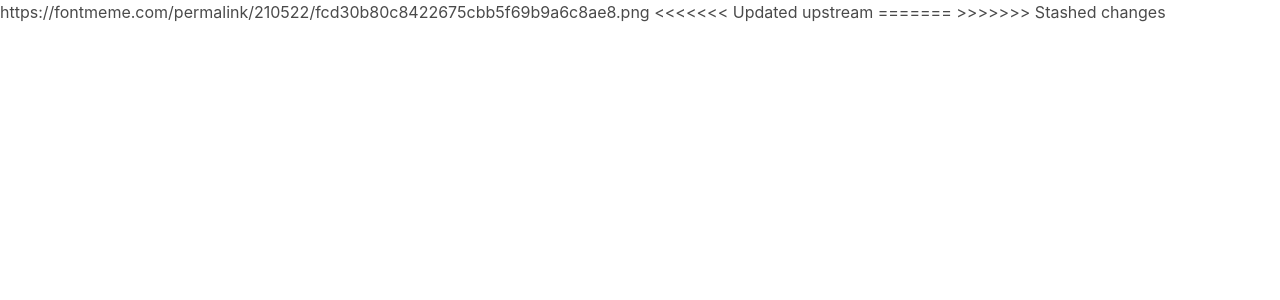
Repository: antellitocci/crypto-arbitrage
Page: index.html
These files come from the project's save history. The page is drawn as it stood at one moment and after a run of saves; the edit follows.
The browser window is 1280 px wide. The pictures show the whole page.

Above is the page before, as saved 2021-05-21 19:18:20.

After the next 3 saves:
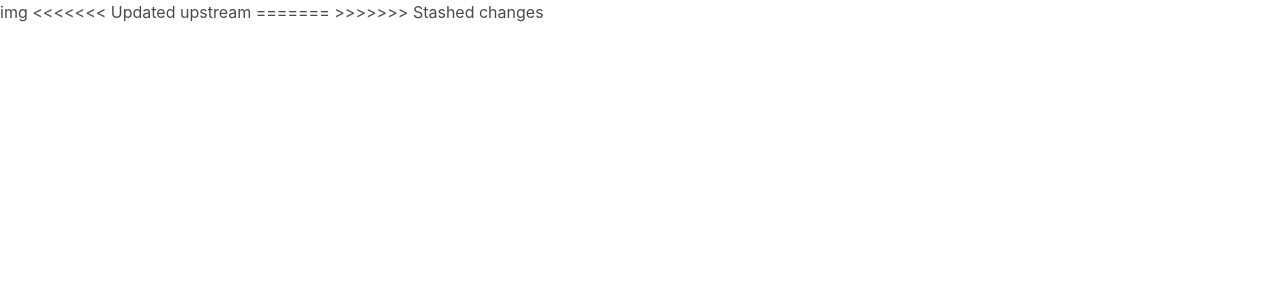
The 3 saves are shown as one change because they came seconds apart.
The last was saved 12 s later.
--- a/index.html
+++ b/index.html
@@ -12,7 +12,7 @@
 </head>
 
 <body>
-    https://fontmeme.com/permalink/210522/fcd30b80c8422675cbb5f69b9a6c8ae8.png
+    img
 </body>
 
 <<<<<<< Updated upstream <!--Import JQuery-->
